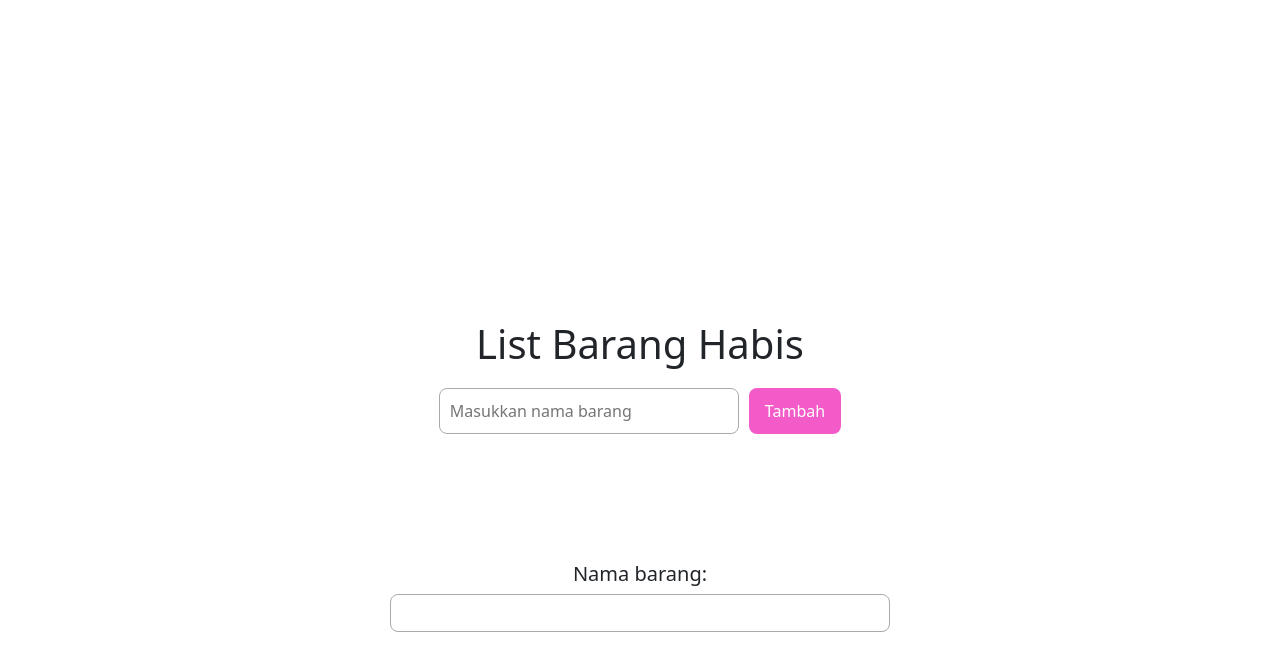
Repository: amorysdeo/dirumah
Page: index.html
An editor plug-in stored every save of this project. The page is shown before and after the next save, followed by the edit.
The browser window is 1280 px wide. The pictures show the whole page.
The pointer rests on the first visible `#inputan button`.

Above is the page before, as saved 2025-11-27 12:06:16.

### index.html
<!DOCTYPE html>
<html lang="en">
<head>
    <meta charset="UTF-8">
    <meta name="viewport" content="width=device-width, initial-scale=1.0">
    <link rel="stylesheet" href="css.css">
    <link href="https://cdn.jsdelivr.net/npm/bootstrap@5.3.3/dist/css/bootstrap.min.css" rel="stylesheet">

    <title>Belanja</title>
</head>
<body>
    <div id="main-box">
        <div id="title">
            <h1>List Barang Habis</h1>
        </div>
        <div id="inputan">
            <input type="text" id="barang" name="barang" placeholder="Masukkan nama barang">
            <button>Tambah</button>
        </div>
    </div>

    <h5 class="text-center">Nama barang:</h5>
    <div id="list-box">
        <ul></ul>
    </div>

    <script src="https://cdn.jsdelivr.net/npm/@popperjs/core@2.11.8/dist/umd/popper.min.js"></script>
    <script src="https://cdn.jsdelivr.net/npm/bootstrap@5.3.3/dist/js/bootstrap.min.js"></script>
</body>
</html>

### css.css
body {
    padding-top: 25%;
    margin: 0;
    background-color: #f5f5f5;
}

/* BOX UTAMA */
#main-box {
    /* background-color: aqua; */
    width: 75%;
    max-width: 500px;

    /* INI YANG NENGAHAN KANAN-KIRI */
    margin-left: auto;
    margin-right: auto;

    margin-bottom: 10%;

    /* Biar kontennya center */
    text-align: center;

}

/* TITLE */
#title h1 {
    margin-bottom: 20px;
}

/* INPUT + BUTTON */
#inputan {
    display: flex;
    justify-content: center;
    gap: 10px;
}

#inputan input {
    padding: 10px;
    width: 70%;
    max-width: 300px;
    border-radius: 8px;
    border: 1px solid #aaa;
    font-size: 16px;
}

#inputan button {
    padding: 10px 16px;
    border-radius: 8px;
    border: none;
    background-color: #fa39ca;
    color: white;
    font-size: 16px;
    cursor: pointer;
    transition: 0.2s;
}

#inputan button:hover {
    background-color: #f35bc8;
}

#list-box {
    padding: 10px;
    width: 75%;
    max-width: 500px;
    border-radius: 8px;
    border: 1px solid #aaa;

    /* Nengahin */
    margin-left: auto;
    margin-right: auto;
}

After the next save:
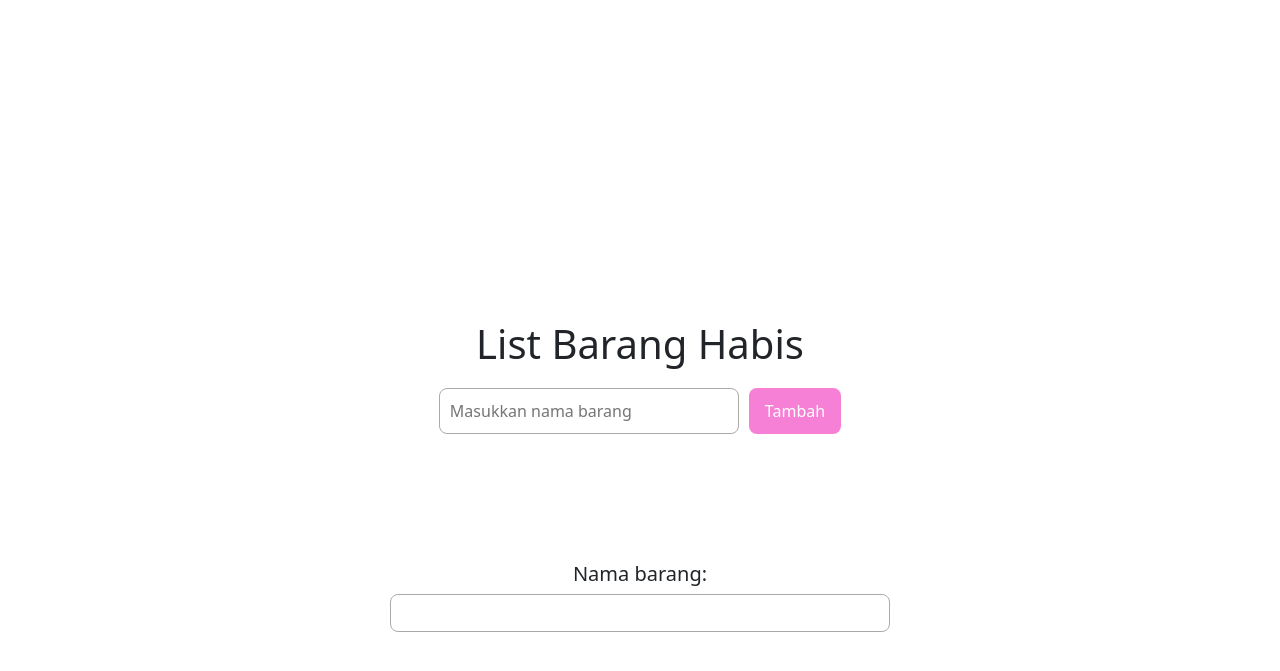
Saved 15 s later.
--- a/css.css
+++ b/css.css
@@ -54,7 +54,7 @@ body {
 }
 
 #inputan button:hover {
-    background-color: #f35bc8;
+    background-color: #f680d5;
 }
 
 #list-box {
